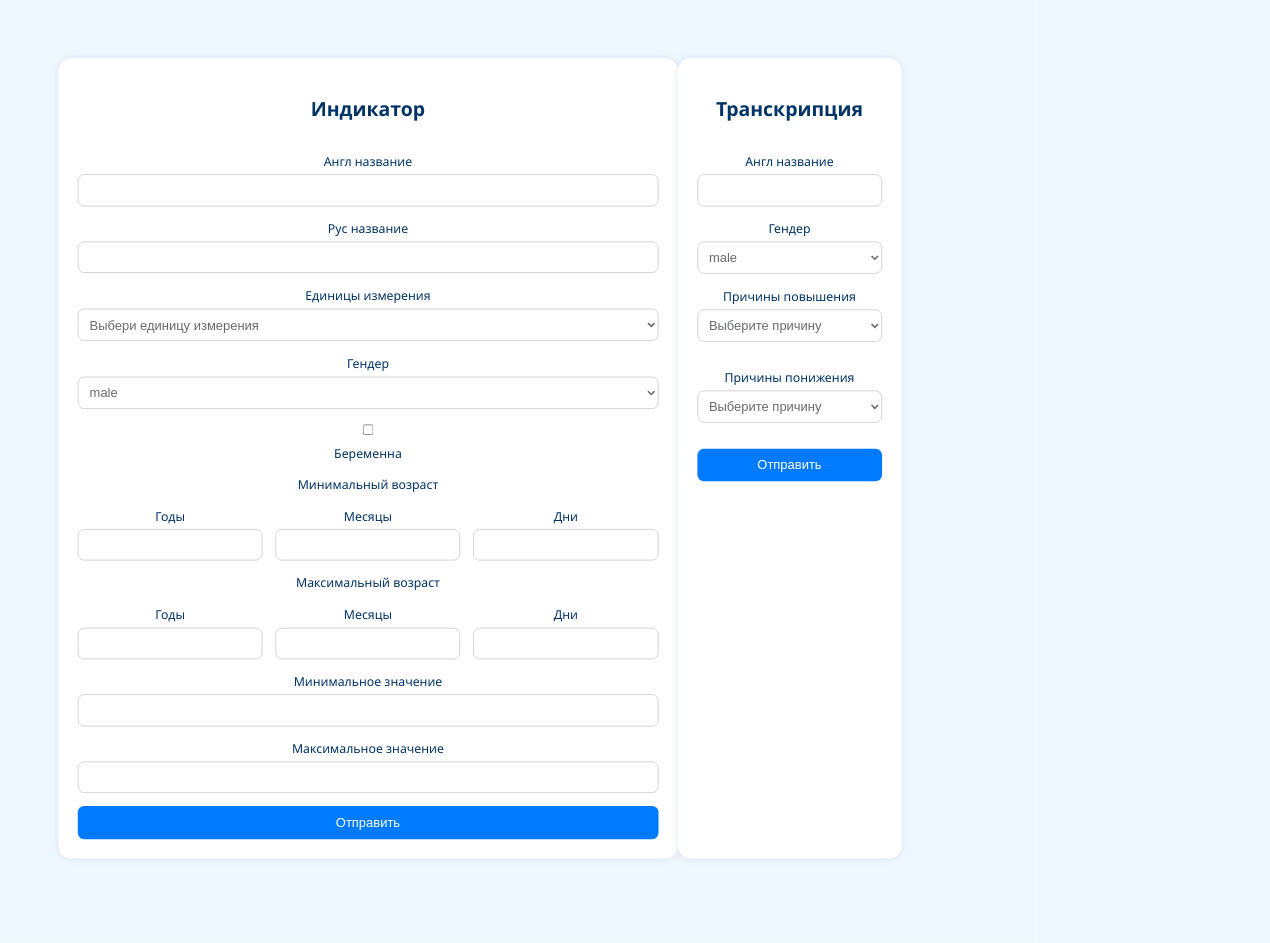
Repository: GGlebux/Transay
Page: / (app in frontend/)
These files come from the project's save history. The page is drawn as it stood at one moment and after a run of saves; the edit follows.
The browser window is 1280 px wide. The page is 1280 px wide, then 1568 px, so the pictures cover 1568 px, including what lies to the right of the window. The pictures show the whole page, at 81% of full size.
The project was rebuilt for these pictures with package versions that can differ from the ones it lists, and the page was loaded fresh each time. Also part of the build but not shown: frontend/vite.config.ts.

Above is the page before, as saved 2025-08-04 16:42:08.

After the next 3 saves:
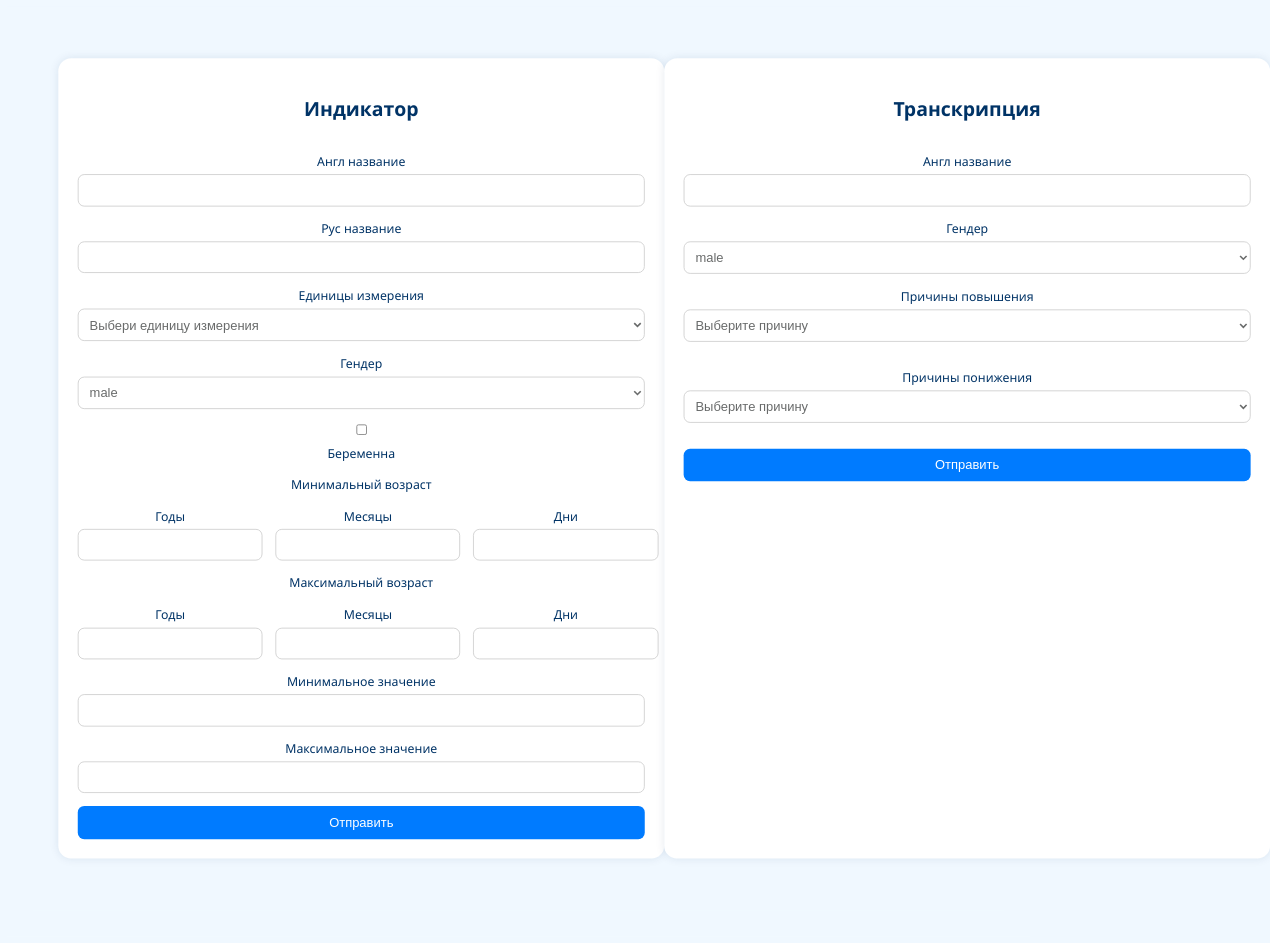
The 3 saves are shown as one change because they came seconds apart.
The last was saved 14 s later.
--- a/frontend/src/styles/forms.css
+++ b/frontend/src/styles/forms.css
@@ -31,7 +31,7 @@ h1 {
 
 .form-card {
   background: white;
-  min-width: none;
+  min-width: 700px;
   padding: 1.5rem;
   border-radius: 1rem;
   box-shadow: 0 0 12px rgba(0, 51, 102, 0.1);
